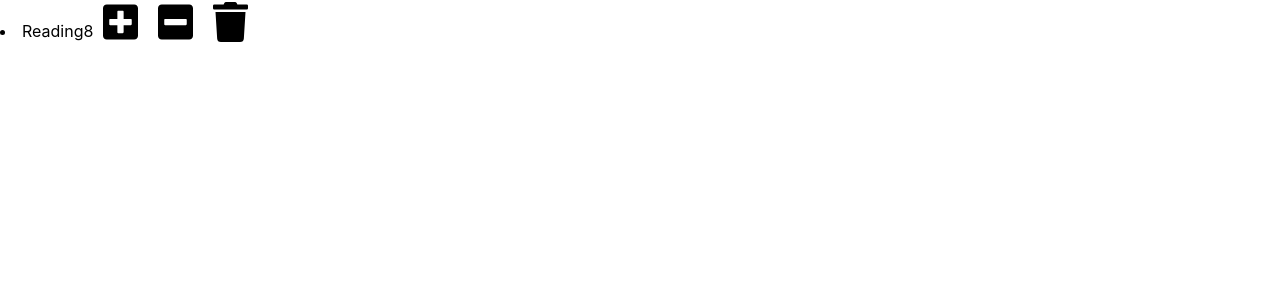
Repository: keehoonjung/react-habit-tracker
Page: / (app in react/habit-tracker/)
An editor plug-in stored every save of this project. The page is shown before and after a run of saves, followed by the edit.
The browser window is 1280 px wide. The pictures show the whole page.
The project was rebuilt for these pictures with package versions that can differ from the ones it lists, and the page was loaded fresh each time.

Above is the page before, as saved 2021-08-30 16:18:17.

### react/habit-tracker/public/index.html
<!DOCTYPE html>
<html lang="en">
  <head>
    <meta charset="utf-8" />
    <link rel="icon" href="%PUBLIC_URL%/favicon.ico" />
    <meta name="viewport" content="width=device-width, initial-scale=1" />
    <meta name="theme-color" content="#000000" />
    <meta
      name="description"
      content="Web site created using create-react-app"
    />
    <link rel="apple-touch-icon" href="%PUBLIC_URL%/logo192.png" />
    <title>App</title>
  </head>
  <body>
    <noscript>You need to enable JavaScript to run this app.</noscript>
    <div id="root"></div>
  </body>
</html>

### react/habit-tracker/src/app.jsx
import React from "react";
import "./app.css";
import Habit from "./components/habit";

function App() {
  return <Habit />;
}

export default App;

### react/habit-tracker/src/app.css
button {
  outline: none;
  border: 0;
  cursor: pointer;
}

.habit-button {
  font-size: 2.5rem;
  margin: 0 0.1em;
  background-color: transparent;
}

.habit-button:hover {
  opacity: 0.8;
}

.habit-increase,
.habit-decrease {
  color: goldenrod;
}

.habit-delete {
  color: darkred;
}

### react/habit-tracker/src/components/habit.jsx
import React, { Component } from "react";

class Habit extends Component {
  render() {
    return (
      <li className="habit">
        <span className="habit-name">Reading</span>
        <span className="habit-count">8</span>
        <button className="habit-button haibit-increase">
          <i className="fas fa-plus-square"></i>
        </button>
        <button className="habit-button haibit-decrease">
          <i className="fas fa-minus-square"></i>
        </button>
        <button className="habit-button haibit-delete">
          <i className="fas fa-trash"></i>
        </button>
      </li>
    );
  }
}

export default Habit;

Loaded but not shown: react/habit-tracker/src/index.js (common file); react/habit-tracker/src/index.css (common file)

After the next 2 saves:
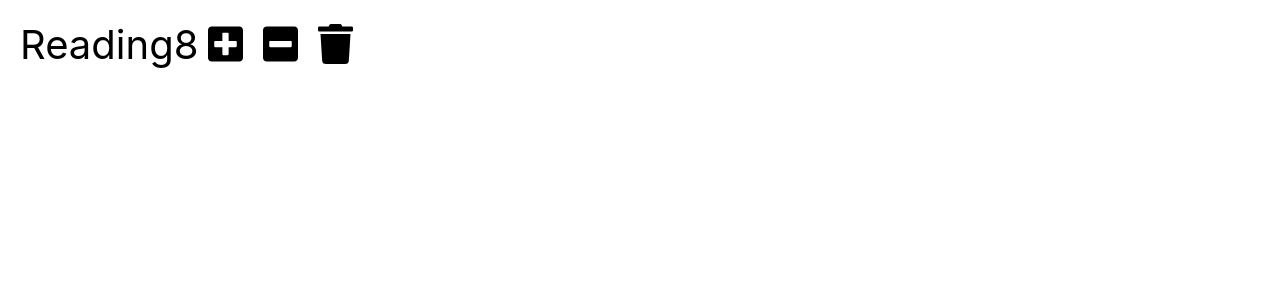
The 2 saves are shown as one change because they came seconds apart.
The last was saved 20 s later.
--- a/react/habit-tracker/src/app.css
+++ b/react/habit-tracker/src/app.css
@@ -2,6 +2,12 @@ button {
   outline: none;
   border: 0;
   cursor: pointer;
+}
+
+.habit {
+  font-size: 2.5rem;
+  padding: 0.5em;
+  list-style: none;
 }
 
 .habit-button {
